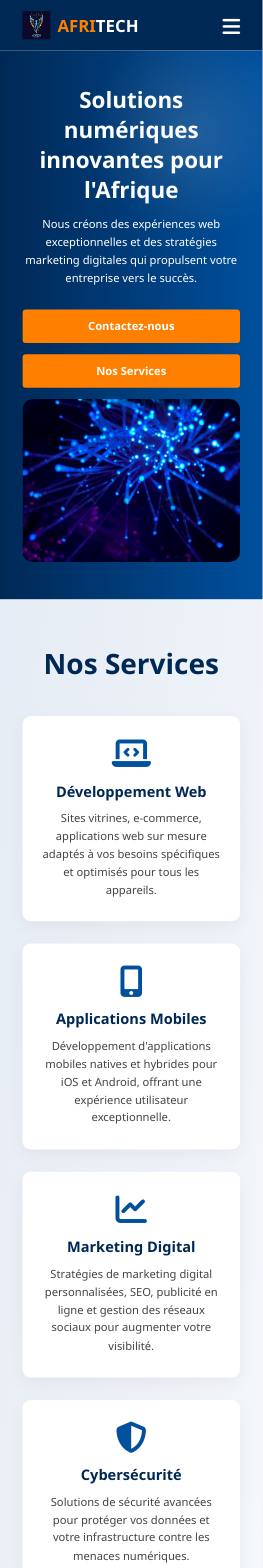
Repository: prestige225/AFRITECH
Page: index.html
These files come from the project's save history. The page is drawn as it stood at one moment and after the next save; the edit follows.
The browser window is 375 px wide. The pictures show the part of the page from y = 0 to 2240 px (the page is 4844 px tall), at 70% of full size.

Above is the page before, as saved 2025-07-16 03:51:10.
Console error: TypeError: Cannot read properties of null (reading 'addEventListener')

### index.html

<!DOCTYPE html>
<html lang="en">
<head>
    <meta charset="UTF-8">
    <meta name="viewport" content="width=device-width, initial-scale=1.0">
    <!-- Font Awesome CDN -->
<link rel="stylesheet" href="https://cdnjs.cloudflare.com/ajax/libs/font-awesome/6.4.0/css/all.min.css">
    <link rel="stylesheet" href="style.css">

    <title>AFRITECH</title>
</head>
<body>
    <header>
        <div class="logo">
            <img src="image/logo.jpg" alt="AfanouTech Logo">
            <h1><span>AFRI</span>TECH</h1>
        </div>

         <!-- Bouton hamburger visible sur mobile -->
  <div class="menu-toggle" id="menu-toggle">
    <i class="fas fa-bars"></i>
  </div>


       <nav>
  <ul>
    <li><a href="index.html"><i class="fas fa-home"></i> Accueil</a></li>
    <li><a href="service.html"><i class="fas fa-tools"></i> Services</a></li>
    <li><a href="about.html"><i class="fas fa-info-circle"></i> À propos</a></li>
    <li><a href="#" id="openModalLink"><i class="fas fa-envelope"></i> Contact</a></li>

    <li><a href="projet.html"><i class="fas fa-project-diagram"></i> Projets</a></li>
  </ul>
</nav>

    </header>

<!-- hero -->
 <section class="hero">
    <div class="hero-content">
        <h1>Solutions numériques innovantes pour l'Afrique</h1>

        <p>Nous créons des expériences web exceptionnelles et des stratégies marketing digitales qui propulsent votre entreprise vers le succès.</p>
        <a href="contact.html" class="btn">Contactez-nous</a>
        <a href="#" class="btn">Nos Services</a>

    </div>
    <div class="hero-image">
        <img src="image/emile.jpg" alt="Image d'accueil">
    </div>

    <div class="couleurpassante en design">

    </div>

 </section>


 <!-- SECTION SERVICES -->
  <section id="services" class="services-section">
            <h2>Nos Services</h2>
    <div class="services">

        <div class="service-item">
            <i class="fas fa-laptop-code"></i>
            <h3>Développement Web</h3>
            <p>Sites vitrines, e-commerce, applications web sur mesure adaptés à vos besoins spécifiques et optimisés pour tous les appareils.</p>
        </div>
        <div class="service-item">
            <i class="fas fa-mobile-alt"></i>
            <h3>Applications Mobiles</h3>
            <p>Développement d'applications mobiles natives et hybrides pour iOS et Android, offrant une expérience utilisateur exceptionnelle.</p>
        </div>
        <div class="service-item">
            <i class="fas fa-chart-line"></i>
            <h3>Marketing Digital</h3>
            <p>Stratégies de marketing digital personnalisées, SEO, publicité en ligne et gestion des réseaux sociaux pour augmenter votre visibilité.</p>
        </div>
        <div class="service-item">
            <i class="fas fa-shield-alt"></i>
            <h3>Cybersécurité</h3>
            <p>Solutions de sécurité avancées pour protéger vos données et votre infrastructure contre les menaces numériques.</p>
        </div>
        <div class="service-item">
            <i class="fas fa-palette"></i>
            <h3>Design UX/UI</h3>
            <p>Création d'interfaces utilisateur intuitives et esthétiques pour améliorer l'expérience de vos utilisateurs.</p>
        </div>

        <div class="service-item">
            <i class="fas fa-chalkboard-teacher"></i>
            <h3>Formation en Développement Informatique</h3>
            <p>Formations sur les technologies web, le développement d'applications et les meilleures pratiques en informatique.</p>
            </div>
    </div>
  </section>
<!-- SECTION apropos -->
<section id="about" class="about-section">
  <h2>À propos de nous</h2>
  <p>
    AfriTech Solutions est une agence numérique fondée par Emile Afanou, passionné de technologie et de développement digital.<br><br>
    Spécialisée dans le développement web, le marketing digital et la cybersécurité, elle aide les entreprises africaines à réussir leur transformation numérique grâce à des solutions innovantes et accessibles.<br><br>
    AfriTech incarne une vision moderne de l’Afrique : connectée, compétente et ambitieuse.
  </p>

  <!-- COMPTEURS -->
  <div class="counters">
    <div class="counter-box">
      <span class="counter" data-target="30">0</span>
      <p>Projets réalisés</p>
    </div>
    <div class="counter-box">
      <span class="counter" data-target="15">0</span>
      <p>Clients satisfaits</p>
    </div>
    <div class="counter-box">
      <span class="counter" data-target="5">0</span>
      <p>Formations données</p>
    </div>
    <div class="counter-box">
      <span class="counter" data-target="2">0</span>
      <p>Années d'expérience</p>
    </div>
  </div>

  <!-- NOS QUALITÉS -->
  <div class="nos-qualites">
    <h3>Nos qualités</h3>
    <ul>
      <li><i class="fas fa-lightbulb"></i> Innovation</li>
      <li><i class="fas fa-universal-access"></i> Accessibilité</li>
      <li><i class="fas fa-user-cog"></i> Expertise</li>
      <li><i class="fas fa-handshake"></i> Engagement</li>
      <li><i class="fas fa-users"></i> Collaboration</li>
    </ul>
  </div>
</section>

    <script src="index.js"></script>

    <!--  -->
</body>


<!-- Bouton d'ouverture de la modale -->

<!-- Modale Contact -->
<div class="modal" id="contactModal">
  <div class="modal-content">
    <span class="close-btn">&times;</span>
    <h2>Contactez-nous</h2>
    <p>Remplissez ce formulaire pour nous écrire</p>

    <form action="https://formspree.io/f/mabcxyz" method="POST">
      <div class="form-group">
        <input type="text" name="name" placeholder="Votre nom" required>
      </div>
      <div class="form-group">
        <input type="email" name="email" placeholder="Votre adresse email" required>
      </div>
      <div class="form-group">
        <textarea name="message" rows="6" placeholder="Votre message" required></textarea>
      </div>
      <button type="submit" class="btn">Envoyer</button>
    </form>
  </div>
</div>

</html>

### style.css

/* ========== RESET ========== */
* {
  margin: 0;
  padding: 0;
  box-sizing: border-box;
}

/* ========== GLOBAL ========== */
body {
  font-family: 'Segoe UI', sans-serif;
  background-color: #f4f4f4;
  color: #333;
}

/* ========== HEADER ========== */
header {
  background-color: #002855;
  color: white;
  padding: 1rem 2rem;
  display: flex;
  justify-content: space-between;
  align-items: center;
  flex-wrap: wrap;
  position: relative;
}

/* Logo */
.logo {
  display: flex;
  align-items: center;
  gap: 10px;
}

.logo img {
  width: 40px;
  height: 40px;
}

.logo h1 {
  font-size: 1.5rem;
  font-weight: bold;
}

.logo span {
  color: #ff8000;
}

/* Navigation */
nav ul {
  list-style: none;
  display: flex;
  gap: 1.5rem;
}

nav a {
  color: white;
  text-decoration: none;
  font-weight: 500;
  transition: 0.3s;
}

nav a:hover {
  color: #ff8000;
}

/* Hamburger button */
.menu-toggle {
  display: none;
  font-size: 1.8rem;
  color: white;
  cursor: pointer;
}

/* ========== RESPONSIVE ========== */
@media (max-width: 768px) {
  nav {
    width: 100%;
  }

  nav ul {
    flex-direction: column;
    background-color: #002855;
    position: absolute;
    top: 100%;
    left: 0;
    right: 0;
    display: none;
    padding: 1rem;
    z-index: 10;
  }

  nav ul.active {
    display: flex;
  }

  .menu-toggle {
    display: block;
  }
}
/* 🎯 SECTION HERO MODERNE */
.hero {
  display: flex;
  flex-wrap: wrap;
  align-items: center;
  justify-content: space-between;
  padding: 3rem 2rem;
  background: linear-gradient(to right, #002855, #00509e);
  color: white;
  position: relative;
  overflow: hidden;
}

/* Contenu texte */
.hero-content {
  flex: 1 1 50%;
  max-width: 600px;
  z-index: 1;
}

.hero-content h1 {
  font-size: 2.5rem;
  margin-bottom: 1rem;
}

.hero-content p {
  font-size: 1.1rem;
  margin-bottom: 2rem;
  line-height: 1.6;
}

/* Boutons */
.hero-content .btn {
  display: inline-block;
  background-color: #ff8000;
  color: white;
  padding: 0.8rem 1.5rem;
  margin-right: 1rem;
  border-radius: 5px;
  text-decoration: none;
  font-weight: bold;
  transition: background 0.3s ease;
}

.hero-content .btn:hover {
  background-color: #e67300;
}

/* Image d’accueil */
.hero-image {
  flex: 1 1 40%;
  text-align: center;
  z-index: 1;
}

.hero-image img {
  width: 100%;
  max-width: 400px;
  height: auto;
  border-radius: 15px;
}

/* Effet décoratif de fond (couleurpassante) */
.couleurpassante {
  position: absolute;
  top: -50px;
  right: -50px;
  width: 300px;
  height: 300px;
  background: radial-gradient(circle, #ffffff22, transparent 70%);
  border-radius: 50%;
  animation: flotter 10s infinite alternate;
  z-index: 0;
}

/* Animation douce */
@keyframes flotter {
  0% {
    transform: translateY(0) rotate(0deg);
  }
  100% {
    transform: translateY(20px) rotate(20deg);
  }
}

/* 📱 Responsive */
@media (max-width: 768px) {
  .hero {
    flex-direction: column;
    text-align: center;
  }

  .hero-content, .hero-image {
    flex: 1 1 100%;
    max-width: 100%;
  }

  .hero-content h1 {
    font-size: 2rem;
  }

  .hero-content p {
    font-size: 1rem;
  }

  .hero-content .btn {
    margin-bottom: 1rem;
  }
}


/* ========== SECTION SERVICES ========== */
.services-section {
  padding: 4rem 2rem;
  background: linear-gradient(to bottom right, #e6ecf5, #f7f9fc);
  text-align: center;
}

.services-section h2 {
  font-size: 2.5rem;
  margin-bottom: 3rem;
  color: #002855;
  font-weight: 700;
}

/* Container de toutes les cartes */
.services {
  display: grid;
  grid-template-columns: repeat(auto-fit, minmax(280px, 1fr));
  gap: 2rem;
  max-width: 1200px;
  margin: 0 auto;
}

/* Style individuel des services */
.service-item {
  background-color: #ffffff;
  border-radius: 12px;
  padding: 2rem 1.5rem;
  box-shadow: 0 8px 25px rgba(0, 0, 0, 0.05);
  transition: transform 0.3s ease, box-shadow 0.3s ease;
}

.service-item:hover {
  transform: translateY(-8px);
  box-shadow: 0 12px 30px rgba(0, 0, 0, 0.1);
}

/* Icône */
.service-item i {
  font-size: 2.8rem;
  color: #00509e;
  margin-bottom: 1rem;
}

/* Titre */
.service-item h3 {
  font-size: 1.3rem;
  margin-bottom: 0.8rem;
  color: #002855;
  font-weight: 600;
}

/* Paragraphe */
.service-item p {
  font-size: 1rem;
  line-height: 1.6;
  color: #444;
}


/* ===== SECTION À PROPOS ===== */
.about-section {
  padding: 4rem 2rem;
  text-align: center;
  background: #f7f9fc;
}

.about-section h2 {
  font-size: 2.5rem;
  color: #002855;
  margin-bottom: 1.5rem;
}

.about-section p {
  max-width: 900px;
  margin: 0 auto 3rem;
  font-size: 1.1rem;
  line-height: 1.8;
  color: #333;
}

/* ===== SECTION À PROPOS ===== */
.about-section {
  padding: 4rem 2rem;
  text-align: center;
  background: #f7f9fc;
  font-family: 'Segoe UI', Tahoma, Geneva, Verdana, sans-serif;
}

.about-section h2 {
  font-size: 2.5rem;
  color: #002855;
  margin-bottom: 1.5rem;
  font-weight: 700;
}

.about-section p {
  max-width: 900px;
  margin: 0 auto 3rem;
  font-size: 1.1rem;
  line-height: 1.7;
  color: #333;
}

.about-section {
  padding: 4rem 2rem;
  text-align: center;
  background: #f7f9fc;
  font-family: 'Segoe UI', Tahoma, Geneva, Verdana, sans-serif;
}

.about-section h2 {
  font-size: 2.5rem;
  color: #002855;
  margin-bottom: 1.5rem;
  font-weight: 700;
}

.about-section p {
  max-width: 900px;
  margin: 0 auto 3rem;
  font-size: 1.1rem;
  line-height: 1.7;
  color: #333;
}

/* Compteurs */
.counters {
  display: grid;
  grid-template-columns: repeat(auto-fit, minmax(160px, 1fr));
  gap: 2rem;
  max-width: 1000px;
  margin: 0 auto 3rem;
}

.counter-box {
  background: #fff;
  border-radius: 12px;
  padding: 1.5rem;
  box-shadow: 0 8px 20px rgba(0, 0, 0, 0.05);
  transition: transform 0.3s ease;
}

.counter-box:hover {
  transform: translateY(-5px);
}

.counter {
  font-size: 2.5rem;
  font-weight: 700;
  color: #00509e;
  display: block;
}

.counter-box p {
  margin-top: 0.5rem;
  font-size: 1rem;
  color: #444;
}

/* Nos qualités */
.nos-qualites {
  margin-top: 3rem;
  max-width: 800px;
  margin-left: auto;
  margin-right: auto;
  text-align: center;
}

.nos-qualites h3 {
  font-size: 2rem;
  color: #002855;
  margin-bottom: 1.5rem;
  font-weight: 700;
}

.nos-qualites ul {
  list-style: none;
  padding: 0;
  display: flex;
  flex-wrap: wrap;
  justify-content: center;
  gap: 1rem;
}

.nos-qualites li {
  background-color: #00509e;
  color: #fff;
  padding: 0.8rem 1.5rem;
  border-radius: 25px;
  font-size: 1rem;
  font-weight: 500;
  box-shadow: 0 4px 12px rgba(0, 0, 0, 0.1);
  display: flex;
  align-items: center;
  gap: 0.5rem;
  transition: background 0.3s ease;
}

.nos-qualites li:hover {
  background-color: #003f7f;
}

.nos-qualites li i {
  color: #ffdd40;
  font-size: 1.2rem;
}

/* Responsive */
@media (max-width: 768px) {
  .about-section h2 {
    font-size: 2rem;
  }

  .about-section p {
    font-size: 1rem;
    padding: 0 1rem;
  }

  .counter {
    font-size: 2rem;
  }

  .counter-box p {
    font-size: 0.95rem;
  }

  .nos-qualites li {
    font-size: 0.95rem;
    padding: 0.7rem 1.2rem;
  }
}

@media (max-width: 480px) {
  .counters {
    grid-template-columns: 1fr;
  }

  .nos-qualites ul {
    flex-direction: column;
    gap: 1rem;
  }

  .nos-qualites li {
    justify-content: center;
  }
}


/* Bouton pour ouvrir la modale */
.open-modal-btn {
  padding: 10px 20px;
  background-color: #00509e;
  color: white;
  border: none;
  border-radius: 25px;
  cursor: pointer;
  font-size: 1rem;
  margin: 2rem auto;
  display: block;
}

.open-modal-btn:hover {
  background-color: #003f7f;
}

/* Modale */
.modal {
  display: none;
  position: fixed;
  z-index: 1000;
  left: 0; top: 0;
  width: 100%;
  height: 100%;
  overflow: auto;
  background-color: rgba(0, 0, 0, 0.7);
}

/* Contenu de la modale */
.modal-content {
  background-color: #fff;
  margin: 10% auto;
  padding: 2rem;
  border-radius: 10px;
  max-width: 600px;
  width: 90%;
  position: relative;
  animation: fadeIn 0.3s ease-in-out;
}

/* Animation */
@keyframes fadeIn {
  from {opacity: 0; transform: scale(0.9);}
  to {opacity: 1; transform: scale(1);}
}

.modal-content h2 {
  color: #003f7f;
  margin-bottom: 1rem;
  font-size: 2rem;
  text-align: center;
}

.modal-content p {
  font-size: 1rem;
  text-align: center;
  color: #444;
}

.form-group {
  margin-bottom: 1.2rem;
}

input, textarea {
  width: 100%;
  padding: 1rem;
  border-radius: 8px;
  border: 1px solid #ccc;
  font-size: 1rem;
  font-family: inherit;
}

.btn {
  background-color: #00509e;
  color: white;
  padding: 0.8rem 1.5rem;
  border: none;
  border-radius: 25px;
  font-size: 1rem;
  cursor: pointer;
  display: block;
  margin: auto;
}

.btn:hover {
  background-color: #003f7f;
}

/* Bouton fermeture */
.close-btn {
  position: absolute;
  right: 15px;
  top: 10px;
  font-size: 1.8rem;
  color: #999;
  cursor: pointer;
}

.close-btn:hover {
  color: #000;
}

/* Responsive */
@media screen and (max-width: 500px) {
  .modal-content {
    padding: 1rem;
  }

  .modal-content h2 {
    font-size: 1.6rem;
  }

  .btn {
    width: 100%;
  }
}

### index.js

// script.js

// Récupération des éléments
const toggleBtn = document.getElementById("menu-toggle");
const navMenu = document.querySelector("nav ul");

// Écoute du clic sur le bouton menu
toggleBtn.addEventListener("click", () => {
  navMenu.classList.toggle("active");
});


const counters = document.querySelectorAll('.counter');

  counters.forEach(counter => {
    const updateCount = () => {
      const target = +counter.getAttribute('data-target');
      const count = +counter.innerText;
      const speed = 100; // Plus petit = plus rapide

      const increment = Math.ceil(target / speed);

      if (count < target) {
        counter.innerText = count + increment;
        setTimeout(updateCount, 30);
      } else {
        counter.innerText = target;
      }
    };

    updateCount();
  });


  const openModalBtn = document.getElementById('openModalBtn');
const modal = document.getElementById('contactModal');
const closeModalBtn = document.getElementById('closeModalBtn');

openModalBtn.addEventListener('click', () => {
  modal.classList.add('show');
});

closeModalBtn.addEventListener('click', () => {
  modal.classList.remove('show');
});

window.addEventListener('click', (e) => {
  if (e.target === modal) {
    modal.classList.remove('show');
  }
});

// Fermer avec la touche ESC
window.addEventListener('keydown', (e) => {
  if (e.key === 'Escape' && modal.classList.contains('show')) {
    modal.classList.remove('show');
  }
});

After the next save:
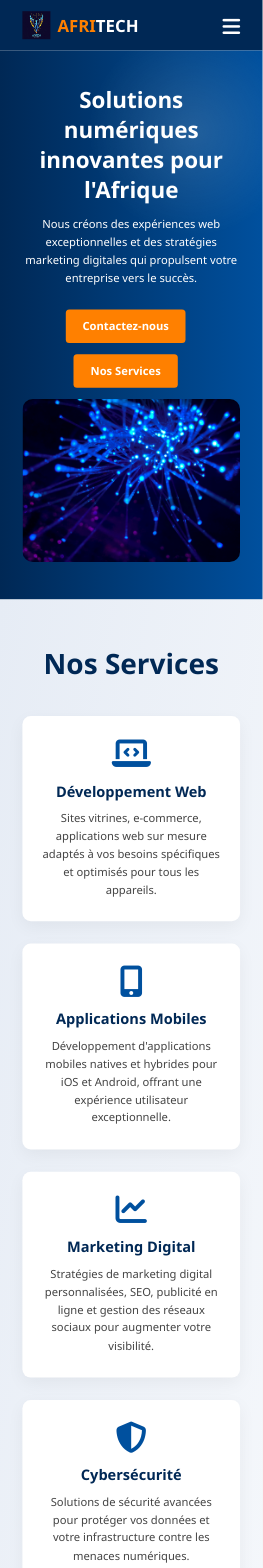
Saved 21 s later.
--- a/style.css
+++ b/style.css
@@ -475,32 +475,55 @@ nav a:hover {
   background-color: #003f7f;
 }
 
-/* Modale */
+/* Bouton ouvrir modale */
+.open-modal-btn {
+  padding: 10px 20px;
+  background-color: #00509e;
+  color: white;
+  border: none;
+  border-radius: 25px;
+  cursor: pointer;
+  font-size: 1rem;
+  display: inline-block;
+  margin: 1rem auto;
+}
+
+.open-modal-btn:hover {
+  background-color: #003f7f;
+}
+
+/* Modale masquée par défaut */
 .modal {
   display: none;
   position: fixed;
-  z-index: 1000;
-  left: 0; top: 0;
-  width: 100%;
-  height: 100%;
-  overflow: auto;
-  background-color: rgba(0, 0, 0, 0.7);
-}
-
-/* Contenu de la modale */
+  z-index: 10000;
+  top: 0; left: 0;
+  width: 100vw;
+  height: 100vh;
+  background-color: rgba(0,0,0,0.7);
+  justify-content: center;
+  align-items: center;
+  padding: 1rem;
+}
+
+/* Afficher modale */
+.modal.show {
+  display: flex;
+}
+
+/* Contenu modale */
 .modal-content {
   background-color: #fff;
-  margin: 10% auto;
+  border-radius: 10px;
+  max-width: 500px;
+  width: 100%;
   padding: 2rem;
-  border-radius: 10px;
-  max-width: 600px;
-  width: 90%;
   position: relative;
-  animation: fadeIn 0.3s ease-in-out;
-}
-
-/* Animation */
-@keyframes fadeIn {
+  box-shadow: 0 0 15px rgba(0,0,0,0.3);
+  animation: fadeInScale 0.3s ease forwards;
+}
+
+@keyframes fadeInScale {
   from {opacity: 0; transform: scale(0.9);}
   to {opacity: 1; transform: scale(1);}
 }
@@ -508,53 +531,54 @@ nav a:hover {
 .modal-content h2 {
   color: #003f7f;
   margin-bottom: 1rem;
-  font-size: 2rem;
-  text-align: center;
-}
-
-.modal-content p {
-  font-size: 1rem;
-  text-align: center;
-  color: #444;
-}
-
-.form-group {
-  margin-bottom: 1.2rem;
+  text-align: center;
+}
+
+.modal-content form {
+  display: flex;
+  flex-direction: column;
+  gap: 1rem;
 }
 
 input, textarea {
-  width: 100%;
   padding: 1rem;
+  font-size: 1rem;
   border-radius: 8px;
   border: 1px solid #ccc;
-  font-size: 1rem;
+  outline: none;
   font-family: inherit;
-}
-
-.btn {
+  transition: border-color 0.3s ease;
+}
+
+input:focus, textarea:focus {
+  border-color: #00509e;
+}
+
+button.btn {
   background-color: #00509e;
   color: white;
-  padding: 0.8rem 1.5rem;
+  padding: 0.9rem;
+  font-weight: 600;
   border: none;
   border-radius: 25px;
-  font-size: 1rem;
   cursor: pointer;
-  display: block;
-  margin: auto;
-}
-
-.btn:hover {
+  font-size: 1rem;
+  transition: background-color 0.3s ease;
+}
+
+button.btn:hover {
   background-color: #003f7f;
 }
 
-/* Bouton fermeture */
+/* Bouton fermer modale */
 .close-btn {
   position: absolute;
+  top: 15px;
   right: 15px;
-  top: 10px;
   font-size: 1.8rem;
-  color: #999;
+  color: #777;
   cursor: pointer;
+  transition: color 0.3s ease;
 }
 
 .close-btn:hover {
@@ -562,16 +586,8 @@ input, textarea {
 }
 
 /* Responsive */
-@media screen and (max-width: 500px) {
+@media (max-width: 600px) {
   .modal-content {
-    padding: 1rem;
-  }
-
-  .modal-content h2 {
-    font-size: 1.6rem;
-  }
-
-  .btn {
-    width: 100%;
-  }
-}
+    padding: 1.5rem;
+  }
+}
